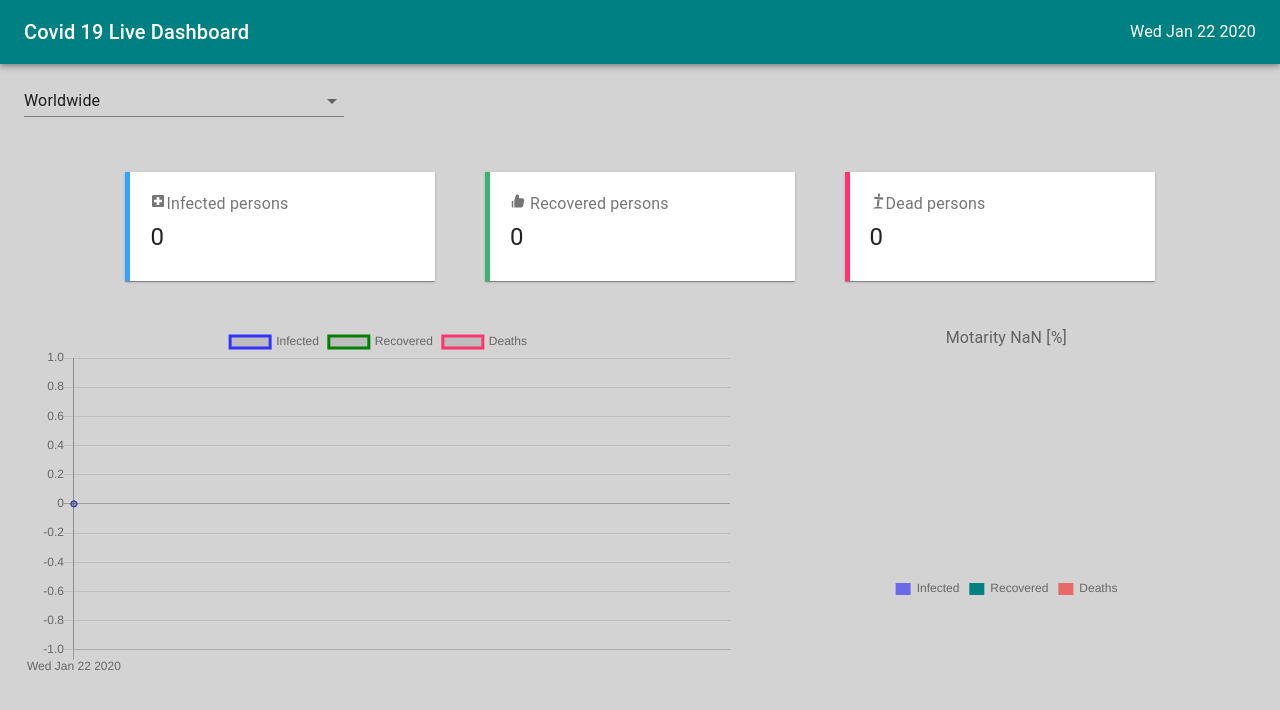
Repository: ShunsukeTanizaki/covid_dashboard
Page: /
These files come from the project's save history. The page is drawn as it stood at one moment and after the next save; the edit follows.
The browser window is 1280 px wide. The pictures show the whole page.
The page's requests for data from a server got no answer. The project was rebuilt for these pictures with package versions that can differ from the ones it lists, and the page was loaded fresh each time. No one was signed in, and anything a server would have sent is missing. Also part of the build but not shown: src/App.css, src/features/covid/DashBoard/DashBoard.module.css.

Above is the page before, as saved 2021-02-08 00:54:25.

After the next save:
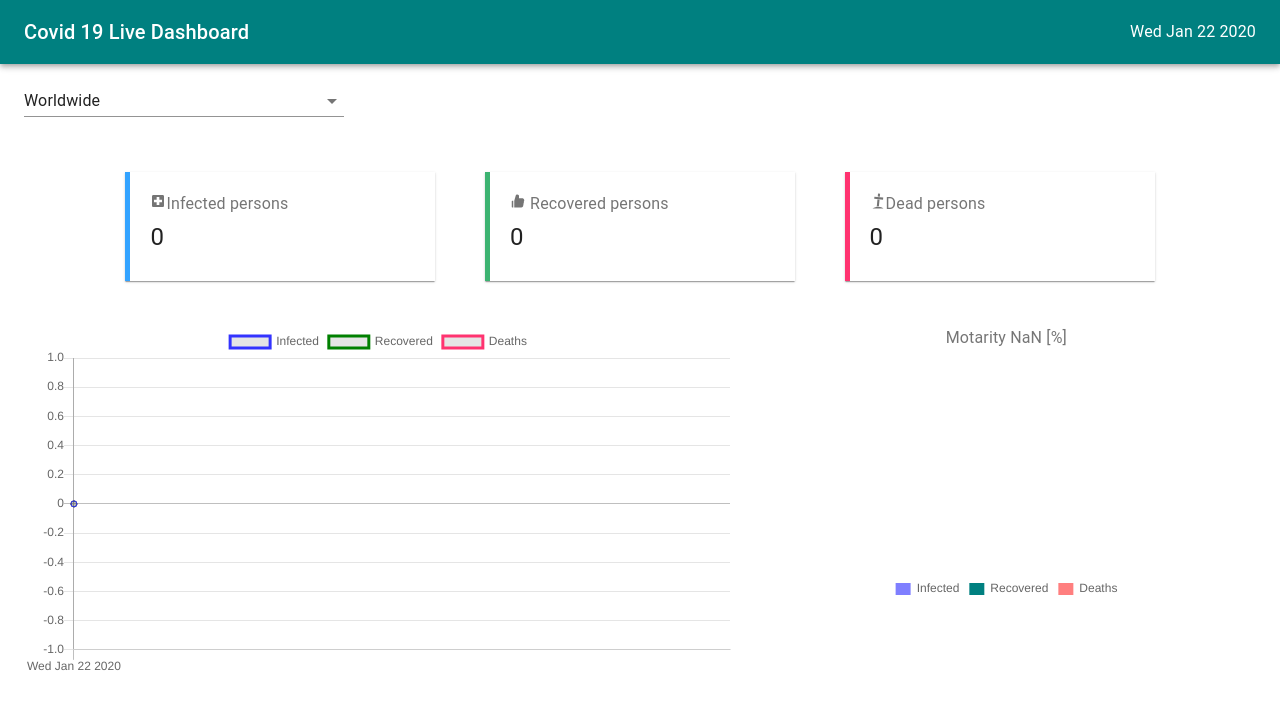
Saved 2 days later.
--- a/src/index.css
+++ b/src/index.css
@@ -1,6 +1,6 @@
 body {
   margin: 0;
-  background-color: rgb(211, 211, 211);
+  /* background-color: rgb(211, 211, 211); */
   font-family: -apple-system, BlinkMacSystemFont, 'Segoe UI', 'Roboto', 'Oxygen',
     'Ubuntu', 'Cantarell', 'Fira Sans', 'Droid Sans', 'Helvetica Neue',
     sans-serif;
